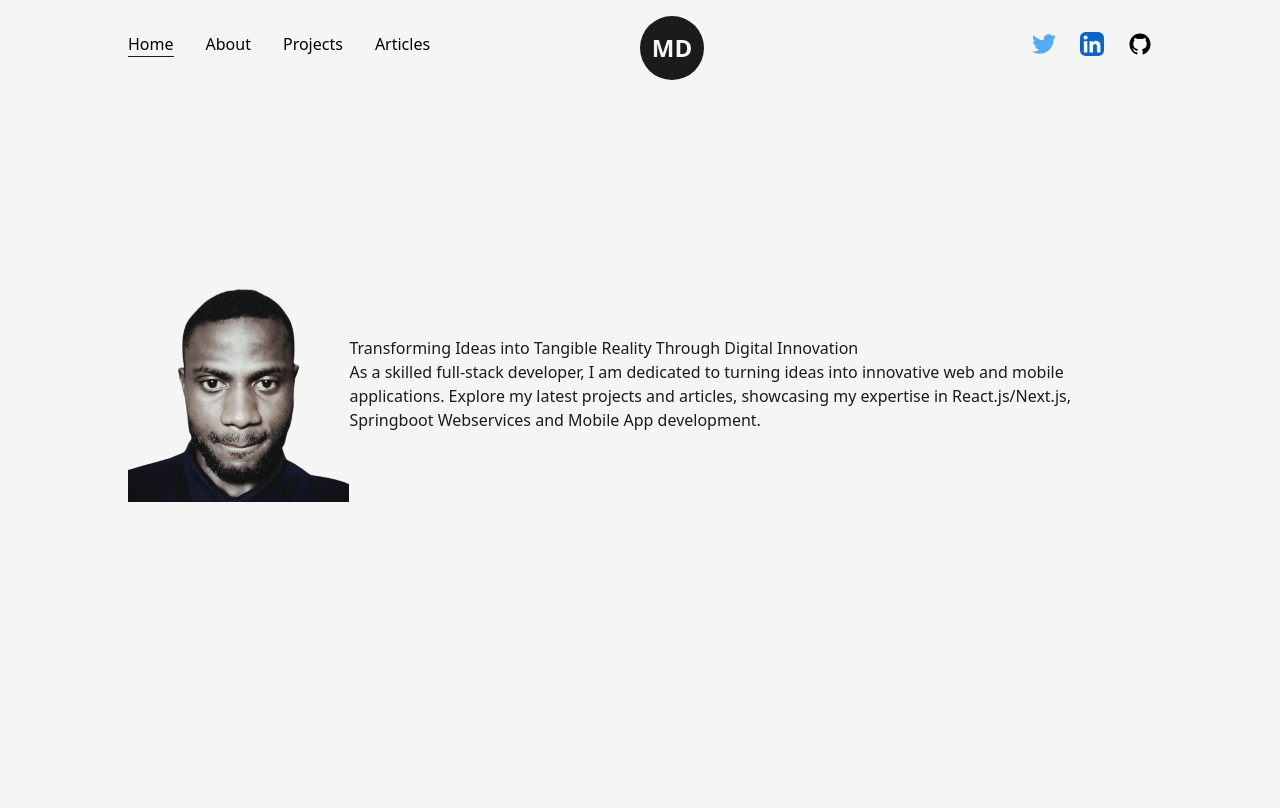
Repository: marcusdashe/situs
Page: /
An editor plug-in stored every save of this project. The page is shown before and after the next save, followed by the edit.
The browser window is 1280 px wide. The pictures show the whole page.
The project was rebuilt for these pictures with package versions that can differ from the ones it lists, and the page was loaded fresh each time. The framework's server and built-in components were replaced by stand-ins that run in the browser.

Above is the page before, as saved 2023-06-15 17:30:57.

### src/pages/_app.js
import Navbar from "@/components/Navbar";
import "@/styles/globals.css";
import Head from "next/head";
// import { IBM_Plex_Sans } from "next/font/google";

// const ibm = IBM_Plex_Sans({
//   subsets: ["latin"],
//   variable: "--font-mont",
// });

export default function App({ Component, pageProps }) {
  return (
    <>
      <Head>
        <meta name="viewport" content="width=device-width, initial-scale=1" />
        <link rel="icon" href="/favicon.ico" />
      </Head>
      <main className={`  bg-light w-full min-h-screen`}>
        <Navbar />
        <Component {...pageProps} />
      </main>
    </>
  );
}

### src/pages/index.js
import Head from "next/head";
import Image from "next/image";
import { Inter } from "next/font/google";
import Layout from "@/components/Layout";
import profilePic from "../../public/images/profile/developer-pic-4.png";

const inter = Inter({ subsets: ["latin"] });

export default function Home() {
  return (
    <>
      <Head>
        <title>Marcus Dashe | Portfolio</title>
        <meta name="description" content="Generated by create next app" />
      </Head>
      <main className="flex items-center text-dark w-full min-h-screen">
        <Layout className="pt-0">
          <div className=" w-full flex items-center justify-between">
            <div className="w-1/2">
              <Image
                src={profilePic}
                alt="Marcus Dashe"
                className="w-full h-auto"
              />
            </div>
            <div>
              <h1>
                Transforming Ideas into Tangible Reality Through Digital
                Innovation
              </h1>
              <p>
                As a skilled full-stack developer, I am dedicated to turning
                ideas into innovative web and mobile applications. Explore my
                latest projects and articles, showcasing my expertise in
                React.js/Next.js, Springboot Webservices and Mobile App
                development.
              </p>
            </div>
          </div>
        </Layout>
      </main>
    </>
  );
}

### src/components/Navbar.jsx
import React from "react";
import { useRouter } from "next/router";
import Link from "next/link";
import Logo from "./Logo";
import { TwitterIcon, GithubIcon, LinkedInIcon } from "./Icons";
import { motion } from "framer-motion";

const CustomLink = ({ href, title, className = "" }) => {
  const router = useRouter();

  return (
    <Link href={href} className={`${className} relative group`}>
      {title}
      <span
        className={`h-[1px] inline-block bg-dark absolute left-0 -bottom-0.5 group-hover:w-full transition-[width] ease duration-300 ${
          router.asPath === href ? "w-full" : "w-0"
        }`}
      >
        &nbsp;
      </span>
    </Link>
  );
};

const Navbar = () => {
  return (
    <header
      className="w-full px-32 py-8 font-medium
            flex items-center justify-between"
    >
      <nav>
        <CustomLink href="/" title="Home" className="mr-4" />
        <CustomLink href="/about" title="About" className="mx-4" />
        <CustomLink href="/projects" title="Projects" className="mx-4" />
        <CustomLink href="/articles" title="Articles" className="ml-4" />
      </nav>

      <nav className="flex items-center justify-center flex-wrap">
        <motion.a
          href="https://www.twitter.com/marcusdashe"
          target={"_blank"}
          whileHover={{
            y: -2,
          }}
          whileTap={{ scale: 0.9 }}
          className="w-6 mx-3"
        >
          <TwitterIcon className="" />
        </motion.a>
        <motion.a
          href="https://www.linkedin.com/in/marcus-dashe-15a088202"
          target={"_blank"}
          whileHover={{
            y: -2,
          }}
          whileTap={{ scale: 0.9 }}
          className="w-6 mx-3"
        >
          <LinkedInIcon />
        </motion.a>
        <motion.a
          href="https://www.github.com/marcusdashe"
          target={"_blank"}
          whileHover={{
            y: -2,
          }}
          whileTap={{ scale: 0.9 }}
          className="w-6 ml-3"
        >
          <GithubIcon />
        </motion.a>
      </nav>
      <div className="absolute left-[50%] top-2 translate-x-[-50]">
        <Logo />
      </div>
    </header>
  );
};

export default Navbar;

### src/styles/globals.css
@import url("https://fonts.googleapis.com/css2?family=IBM+Plex+Sans:ital,wght@0,100;0,200;0,300;1,100;1,200&family=Inter:wght@300;400;500;600;700;800;900&display=swap");

@tailwind base;
@tailwind components;
@tailwind utilities;

### src/components/Layout.jsx
import React from "react";

const Layout = ({ children, className = "" }) => {
  return (
    <div className={`${className} w-full inline-block z-0 bg-light p-32  `}>
      {children}
    </div>
  );
};

export default Layout;

### src/components/Logo.jsx
"use client";

import React from "react";
import Link from "next/link";
import { motion } from "framer-motion";

const MotionLink = motion(Link);

const Logo = () => {
  return (
    <div className="flex items-center justify-center mt-2">
      <MotionLink
        href="/"
        className="w-16 h-16 bg-dark text-light flex items-center
        justify-center rounded-full text-2xl font-bold hover
      "
        whileHover={{
          scale: 1.5,
          backgroundColor: [
            "#121212",
            "rgba(131,58,180,1)",
            "rgba(253,29,29,1)",
            "rgba(252,176,69,1)",
            "rgba(131,58,180,1)",
            "#121212",
          ],
          transition: {
            duration: 1,
            repeat: Infinity,
          },
        }}
      >
        MD
      </MotionLink>
    </div>
  );
};

export default Logo;

Loaded but not shown: tailwind.config.js (27 lines, source omitted); src/components/Icons.jsx (463 lines, source omitted)

After the next save:
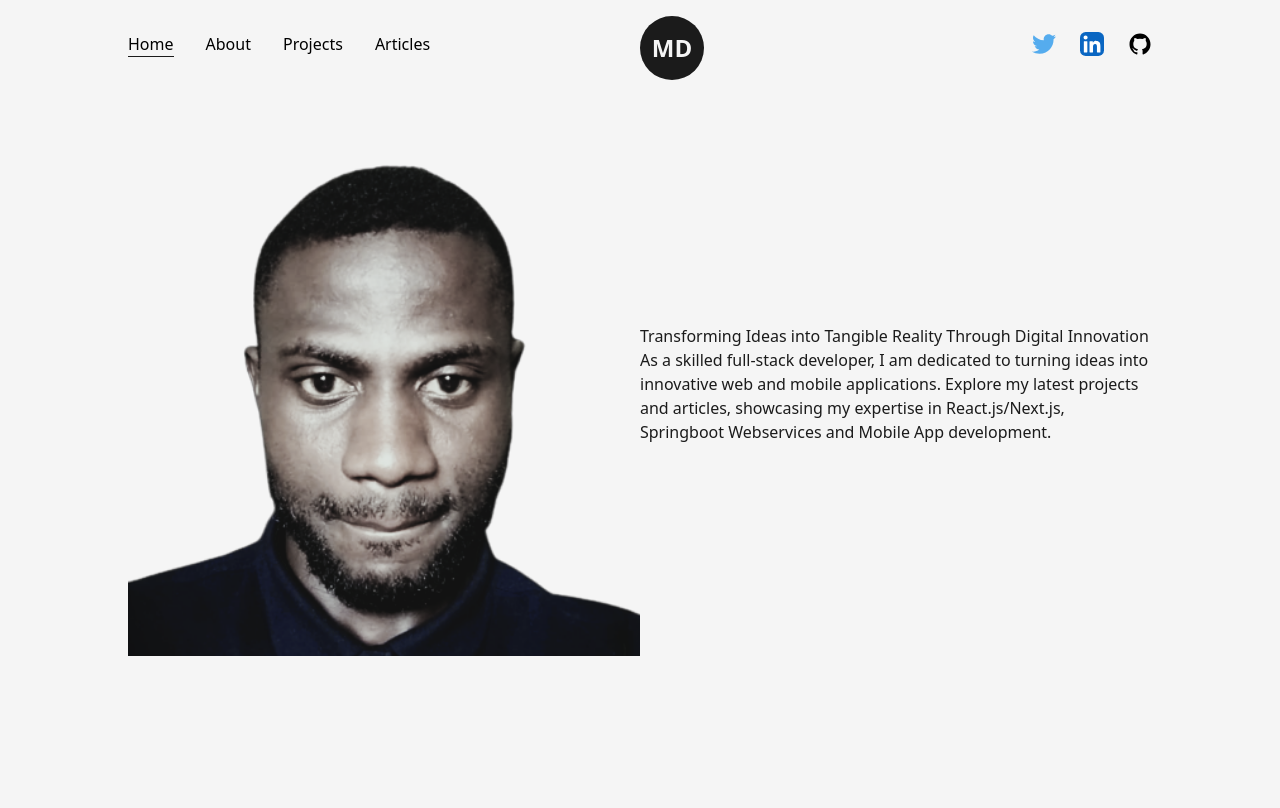
Saved 48 s later.
--- a/src/pages/index.js
+++ b/src/pages/index.js
@@ -23,7 +23,7 @@ export default function Home() {
                 className="w-full h-auto"
               />
             </div>
-            <div>
+            <div className="w-1/2">
               <h1>
                 Transforming Ideas into Tangible Reality Through Digital
                 Innovation
